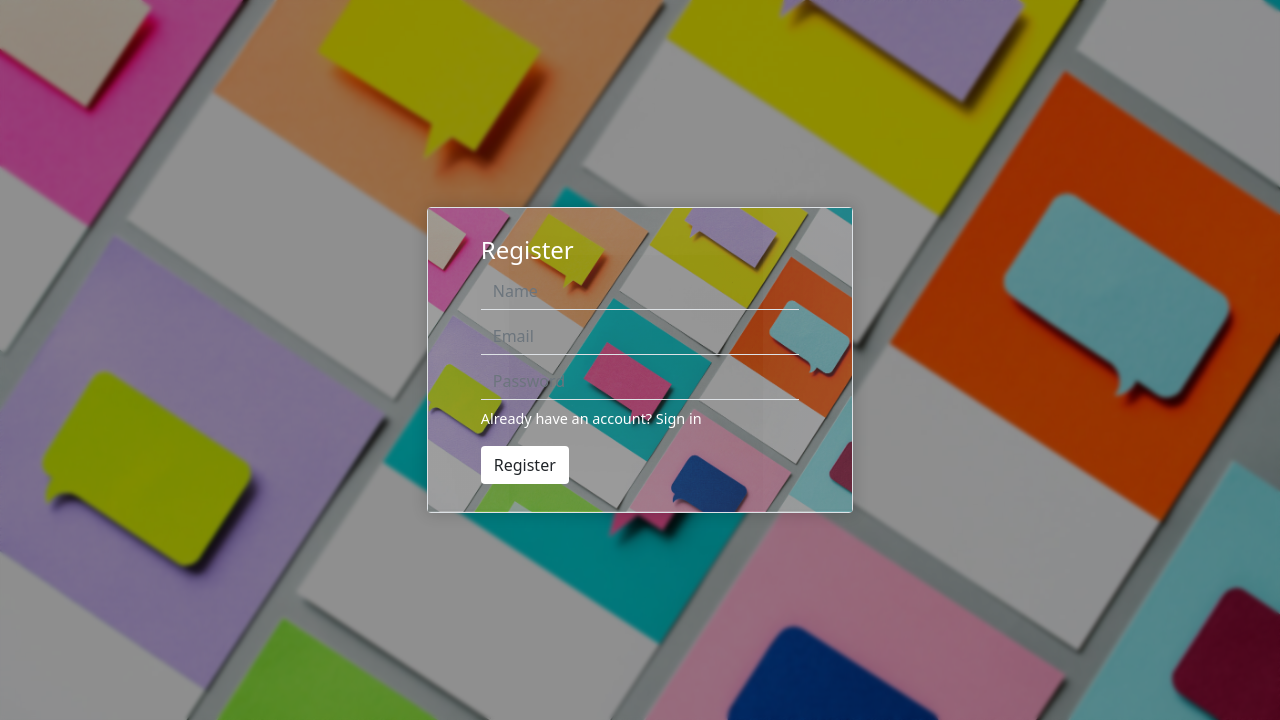
Repository: SaudCh/React-login
Page: /register
An editor plug-in stored every save of this project. The page is shown before and after the next save, followed by the edit.
The browser window is 1280 px wide. The pictures show the whole page.
The project was rebuilt for these pictures with package versions that can differ from the ones it lists, and the page was loaded fresh each time. Also part of the build but not shown: src/Components/Login/loginValidation.js, src/Components/Login/Login.jsx, src/Components/Shared/Header.jsx, src/Components/NotFound/NotFound.jsx.

Above is the page before, as saved 2022-02-06 15:32:24.

After the next save:
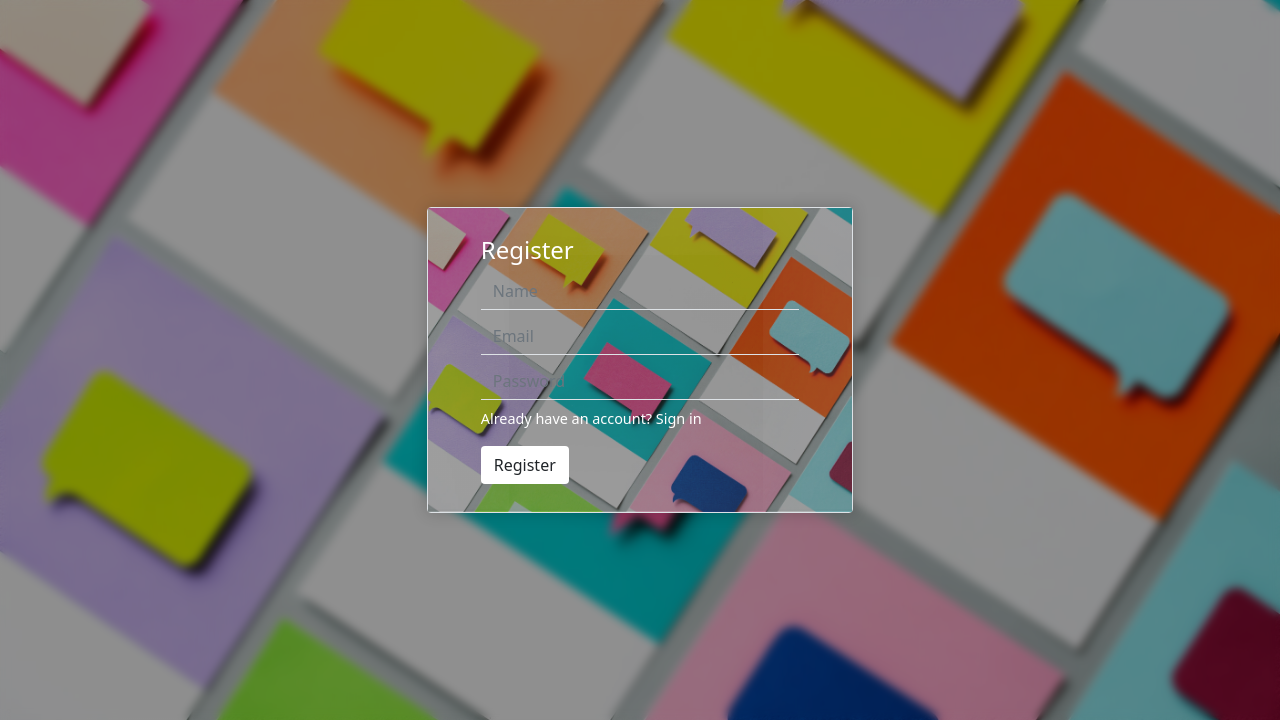
Saved 5 s later.
--- a/src/Components/Register/Register.css
+++ b/src/Components/Register/Register.css
@@ -20,7 +20,7 @@
   bottom: 0;
   left: 0;
   right: 0;
-  filter: blur(2px);
+  filter: blur(5px);
   z-index: -1;
 }
 
